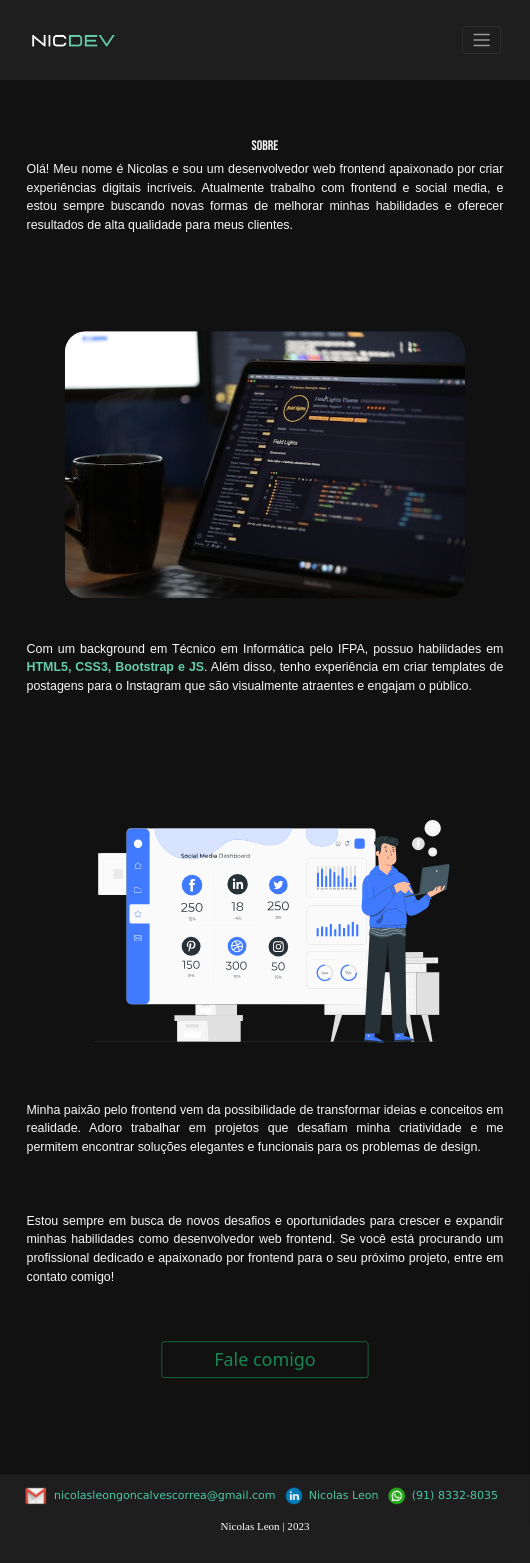
Repository: Leonngc/nicdev
Page: about.html
The author's editor kept a copy of each file at every save. The page is drawn from the files as they stood at one save, then again after the next save.
The browser window is 768 px wide. The pictures show the whole page, at 69% of full size.
Some web libraries are served in a nearby version.

Above is the page before, as saved 2023-04-16 00:33:47.

After the next save:
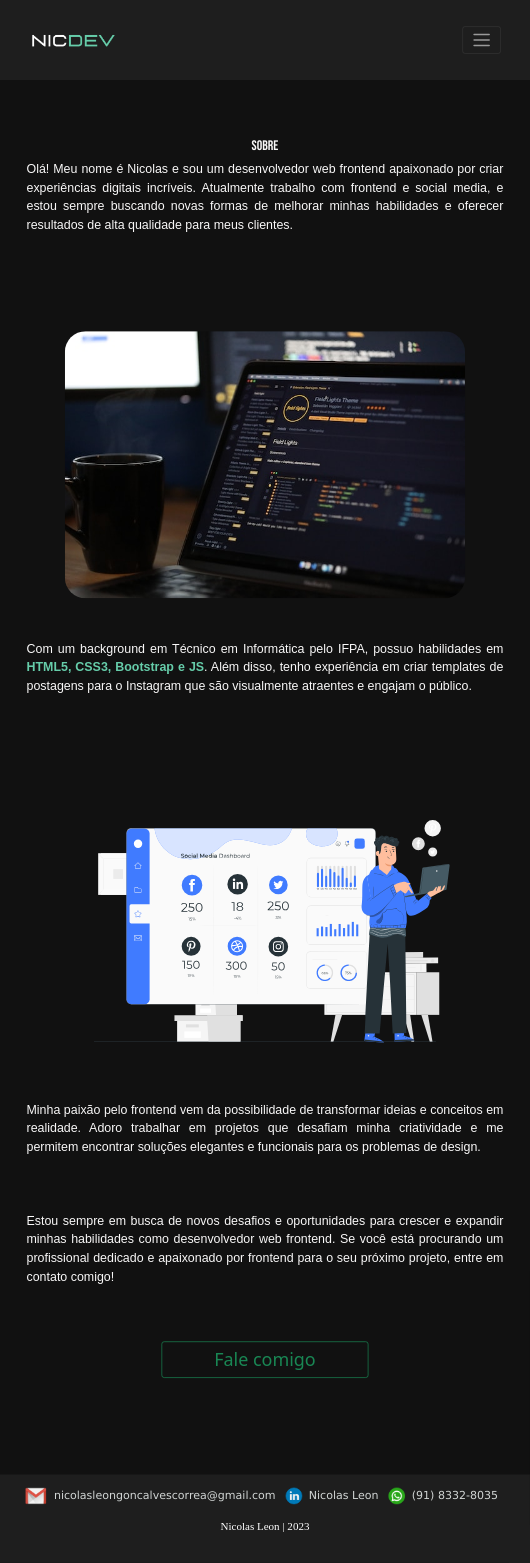
Saved 27 s later.
--- a/styles/footer.css
+++ b/styles/footer.css
@@ -29,6 +29,6 @@ footer > p > a:hover{
 
     }
     footer > p > a{
-        color: #4bc6a3;
+        color: #d1d5d4;
     }
  }
